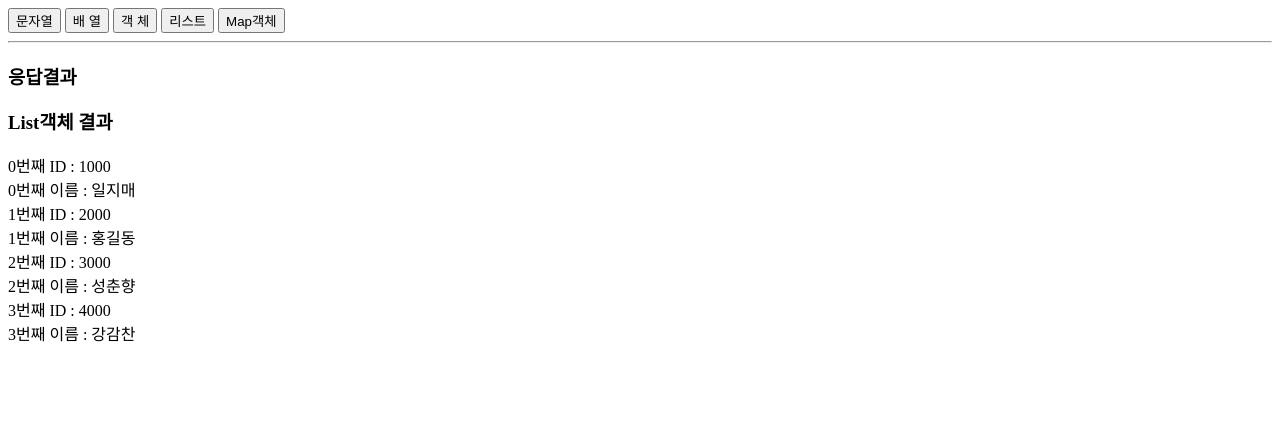
Repository: p2terkim/servletWork
Page: http://localhost/servletTest/basic/json/jsonTest.jsp
An editor plug-in stored every save of this project. The page is shown before and after the next save, followed by the edit.
The browser window is 1280 px wide. The pictures show the whole page.
After loading, the first visible `#listBtn` was clicked once.
The page is served by Tomcat 9. Other server files are loaded and not shown.

Above is the page before, as saved 2021-05-20 06:39:32.

### servletTest/WebContent/basic/json/jsonTest.jsp
<%@ page language="java" contentType="text/html; charset=UTF-8"
    pageEncoding="UTF-8"%>
<!DOCTYPE html>
<html>
<head>
<meta charset="UTF-8">
<title>JSON 데이터 Ajax로 처리하기</title>
<script type="text/javascript" src = "<%=request.getContextPath()%>/js/jquery-3.6.0.min.js"></script>

<script type="text/javascript">
$(function(){
	$("#strBtn").on("click", function(){
		$.ajax({
			url : "<%=request.getContextPath()%>/JSONTest.do",
			type : "post",
			data : "choice=str",
			success : function(data){
				$('#result').html(data);
			},
			dataType : "json"
		});
	});

	//--------------------------------------

	$("#arrayBtn").on("click", function(){
		$.ajax({
			url : "<%=request.getContextPath()%>/JSONTest.do",
			type : "post",
			data : "choice=array",
			success : function(data){

				var str = "";

				$.each(data, function(i, v){
					str += i + "번째 자료 : " + v + "<br>"
				});

				$('#result').html(str);
			},
			dataType : "json"
		});
	});

	//--------------------------------------

	$("#objBtn").on("click", function(){
		$.ajax({
			url : "<%=request.getContextPath()%>/JSONTest.do",
			type : "post",
			data : "choice=obj",
			success : function(data){

				var str = "<h3>SampleVO객체 결과</h3>";
				str += " ID : " + data.id + "<br>";
				str += " 이름 : " + data.name + "<br>";

				$('#result').html(str);
			},
			dataType : "json"
		});
	});

	//--------------------------------------

	$("#listBtn").on("click", function(){
		$.ajax({
			url : "<%=request.getContextPath()%>/JSONTest.do",
			type : "post",
			data : "choice=list",
			success : function(data){

				var str = "<h3>List객체 결과</h3>";
				$.each(data, function(i,v){
					str += i + "번째 ID : " + v.id + "<br>";
					str += i + "번째 이름 : " + v.name + "<br>";
				});

				$('#result').html(str);
			},
			dataType : "json"
		});
	});

	//--------------------------------------

	$("#mapBtn").on("click", function(){
		$.ajax({
			url : "<%=request.getContextPath()%>/JSONTest.do",
			type : "post",
			data : "choice=map",
			success : function(data){



				$('#result').html(str);
			},
			dataType : "json"
		});
	});


});

</script>
</head>
<body>

<form>
	<input type="button" id="strBtn" value="문자열">
	<input type="button" id="arrayBtn" value="배 열">
	<input type="button" id="objBtn" value="객 체">
	<input type="button" id="listBtn" value="리스트">
	<input type="button" id="mapBtn" value="Map객체">
</form>
<hr>
<h3>응답결과</h3>
<div id="result"></div>


</body>
</html>

### servletTest/src/kr/or/ddit/basic/json/JSONTestServlet.java
package kr.or.ddit.basic.json;

import java.io.IOException;
import java.io.PrintWriter;
import java.util.ArrayList;
import java.util.List;

import javax.servlet.ServletException;
import javax.servlet.annotation.WebServlet;
import javax.servlet.http.HttpServlet;
import javax.servlet.http.HttpServletRequest;
import javax.servlet.http.HttpServletResponse;

import com.google.gson.Gson;

@WebServlet("/JSONTest.do")
public class JSONTestServlet extends HttpServlet {
	private static final long serialVersionUID = 1L;

	protected void doGet(HttpServletRequest request, HttpServletResponse response) throws ServletException, IOException {

		request.setCharacterEncoding("utf-8");

		//응답을 json으로 보내기
		response.setCharacterEncoding("utf-8");
		response.setContentType("application/json); charset=utf-8");

		String choice = request.getParameter("choice");

		Gson gson = new Gson();	//JSON 라이브러리(Gson)객체 생성
		String jsonData = null;

		switch(choice) {
			case "str":
				String str = "안녕하세요.";
				jsonData = gson.toJson(str);	//데이터를 JSON 형태의 문자열로 변환한다.
				break;
			case "array":
				int[] arr = new int[] {10, 20, 30, 40, 50};
				jsonData = gson.toJson(arr);
				break;
			case "obj":	//SampleVO 클래스를 만들어서 사용한다.
				SampleVO sample = new SampleVO();
				sample.setId(100);
				sample.setName("홍길동");

				jsonData = gson.toJson(sample);
				break;
			case "list":
				List<SampleVO> samList = new ArrayList<SampleVO>();
				samList.add(new SampleVO(1000, "일지매"));
				samList.add(new SampleVO(2000, "홍길동"));
				samList.add(new SampleVO(3000, "성춘향"));
				samList.add(new SampleVO(4000, "강감찬"));

				jsonData = gson.toJson(samList);
				break;
			case "map":
				break;
		}

		//변환된 JSON 구조의 문자열을 출력해본다.
		System.out.println(choice + " : " + jsonData);

		//만들어진 JSON 문자열을 응답 데이터로 보내준다.
		PrintWriter out = response.getWriter();

		out.write(jsonData);

		out.flush();
		out.close();


	}

	protected void doPost(HttpServletRequest request, HttpServletResponse response) throws ServletException, IOException {
		doGet(request, response);
	}

}

### servletTest/src/kr/or/ddit/basic/json/SampleVO.java
package kr.or.ddit.basic.json;

public class SampleVO {
	private int id;
	private String name;

	//생성자1
	public SampleVO() {	}

	//생성자2
	public SampleVO(int id, String name) {
		super();
		this.id = id;
		this.name = name;
	}


	public int getId() {
		return id;
	}

	public void setId(int id) {
		this.id = id;
	}
	public String getName() {
		return name;
	}
	public void setName(String name) {
		this.name = name;
	}



}

Loaded but not shown: servletTest/WebContent/js/jquery-3.6.0.min.js (library)

After the next save:
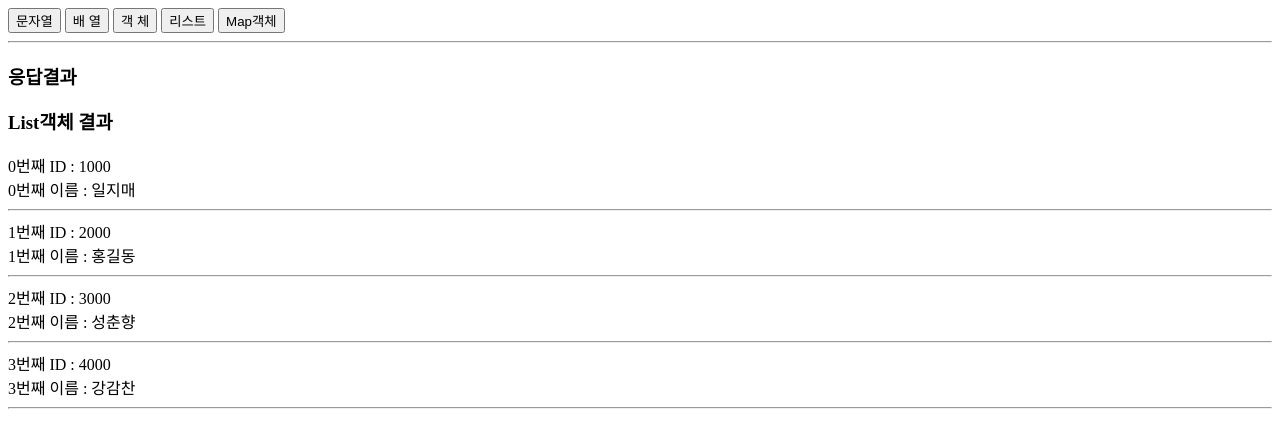
Saved 5 s later.
--- a/servletTest/WebContent/basic/json/jsonTest.jsp
+++ b/servletTest/WebContent/basic/json/jsonTest.jsp
@@ -73,7 +73,7 @@ $(function(){
 				var str = "<h3>List객체 결과</h3>";
 				$.each(data, function(i,v){
 					str += i + "번째 ID : " + v.id + "<br>";
-					str += i + "번째 이름 : " + v.name + "<br>";
+					str += i + "번째 이름 : " + v.name + "<hr>";
 				});
 
 				$('#result').html(str);
